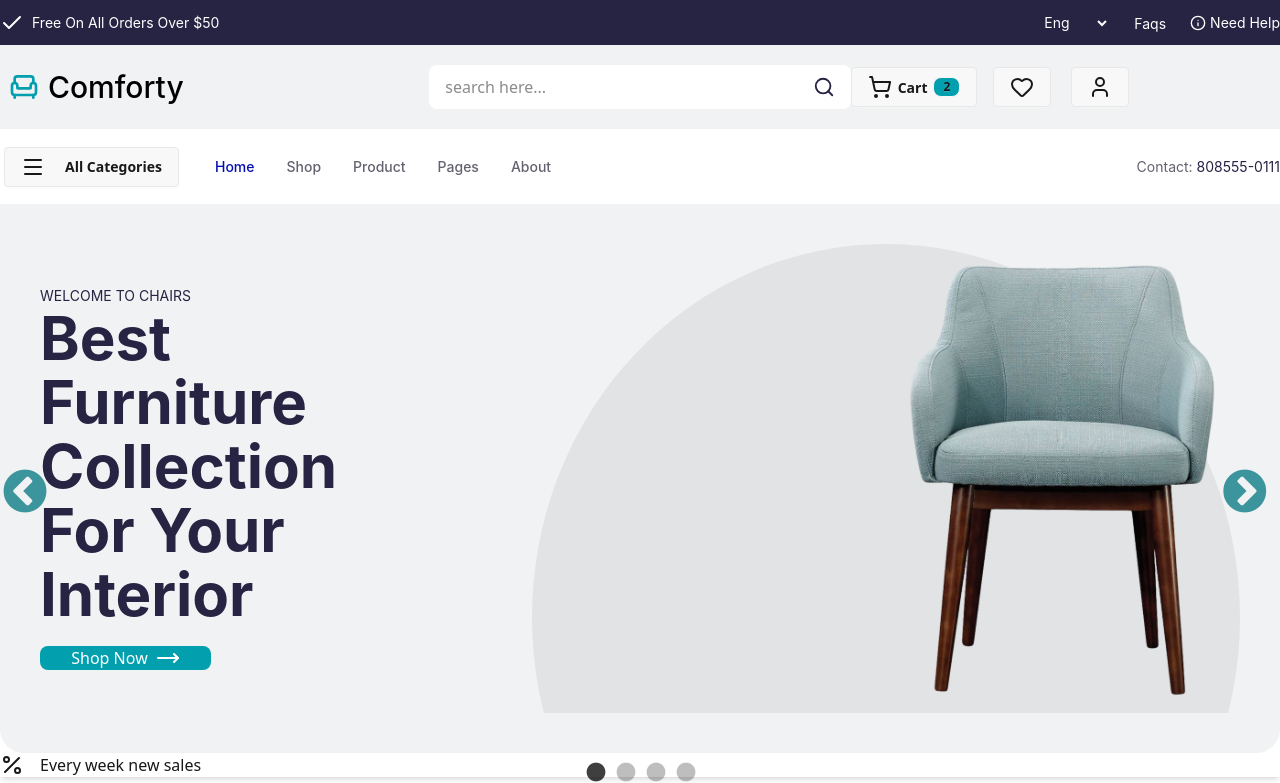
Repository: Neda0o0/store-template-website
Page: /
An editor plug-in stored every save of this project. The page is shown before and after the next save, followed by the edit.
The browser window is 1280 px wide. The pictures show the whole page.
The project was rebuilt for these pictures with package versions that can differ from the ones it lists, and the page was loaded fresh each time. Also part of the build but not shown: vite.config.js, src/Pages/Auth/Auth.jsx, src/Pages/Auth/Login/Login.jsx, src/Pages/Auth/Register/Register.jsx, src/Pages/Error/Error.jsx, src/AuthCheck/AuthCheck.jsx.

Above is the page before, as saved 2025-10-23 12:30:07.

### index.html
<!DOCTYPE html>
<html lang="en">
  <head>
    <meta charset="UTF-8" />
    <link rel="icon" type="image/svg+xml" href="/vite.svg" />
    <meta name="viewport" content="width=device-width, initial-scale=1.0" />
    <title>new-project</title>
  </head>
  <body>
    <div id="root"></div>
    <script type="module" src="/src/main.jsx"></script>
  </body>
</html>

### src/main.jsx
import { StrictMode } from "react";
import { createRoot } from "react-dom/client";
import MainLayout from "./MainLayout/MainLayout";
import "./index.css";

createRoot(document.getElementById("root")).render(
  <StrictMode>
    <MainLayout />
  </StrictMode>
);

### src/MainLayout/MainLayout.jsx
import { BrowserRouter, Route, Routes } from "react-router";
import Navbar from "../components/Navbar/Navbar";
import Home from "../Pages/Home/Home";
import Auth from "../Pages/Auth/Auth";
import Login from "../Pages/Auth/Login/Login";
import Register from "../Pages/Auth/Register/Register";
import Error from "../Pages/Error/Error";
import AuthCheck from "../AuthCheck/AuthCheck";

const MainLayout = () => {
  return (
    <BrowserRouter>
      {/* Navbar */}
      <Navbar />
      <Routes>
        <Route
          path="/"
          element={
            <AuthCheck>
              <Home />
            </AuthCheck>
          }
        />
        <Route path="auth" element={<Auth />}>
          <Route path="login" element={<Login />} />
          <Route path="register" element={<Register />} />
        </Route>
        {/* not found routes */}
        <Route path="*" element={<Error />} />
      </Routes>
    </BrowserRouter>
  );
};
export default MainLayout;

### src/index.css
@import "tailwindcss";
@plugin "daisyui";

/* google font inter */
@import url("https://fonts.googleapis.com/css2?family=Inter:ital,opsz,wght@0,14..32,100..900;1,14..32,100..900&display=swap");

@theme {
  --font-inter: "Inter", sans-serif;
}

.banner_slide_item {
  display: flex !important;
  justify-content: space-between;
  align-items: center;
  gap: 7.5rem;
}

.banner_image {
  position: relative;
}
.banner_image::before {
  content: "";
  position: absolute;
  top: 0;
  right: 0;
  max-width: 747px;
  width: 100%;
  min-height: 747px;
  height: 100%;
  background-color: #e1e3e5;
  border-radius: 100%;
  z-index: -1;
}
.slick-prev,
.slick-next {
  z-index: 5 !important;
}
.slick-prev {
  left: -40px;
}
.slick-next {
  right: 0.25px;
}
.slick-prev:before,
.slick-next:before {
  font-family: "slick";
  font-size: 50px !important;
  line-height: 1;
  opacity: 0.75;
  color: #007580 !important;
  -webkit-font-smoothing: antialiased;
  -moz-osx-font-smoothing: grayscale;
}
.slick-dots {
  position: absolute;
  bottom: -70px !important;
  display: block;
  width: 100%;
  padding: 0;
  margin: 0;
  list-style: none;
  text-align: center;
}
.slick-dots li button:before {
  font-family: "slick";
  font-size: 22px !important;
  line-height: 20px;
  position: absolute;
  top: 0;
  left: 0;
  width: 20px;
  height: 20px;
  text-align: center;
  opacity: 0.25;
  color: black;
  -webkit-font-smoothing: antialiased;
  -moz-osx-font-smoothing: grayscale;
}

### src/components/Navbar/Navbar.jsx
import {
  Armchair,
  Check,
  Info,
  Search,
  ShoppingCart,
  Heart,
  User,
  Menu,
} from "lucide-react";
import { Link, NavLink } from "react-router-dom";

const Navbar = () => {
  return (
    <div>
      {/* navbar top */}
      <div className="navbar_top flex items-center justify-center bg-[#272343] w-full h-[45px]">
        <div className="lg:container flex justify-between items-center">
          <p className="flex items-center gap-2 text-sm font-inter font-normal text-white capitalize">
            <Check />
            Free on all orders over $50
          </p>
          <div className="navbar_top_right flex items-center gap-6">
            <select
              defaultValue="Server location"
              className=" bg-none h-[30px] w-[70px] text-sm font-inter font-normal capitalize text-white"
            >
              <option>Eng</option>
              <option>Farsi</option>
            </select>
            <button>
              <Link className="text-sm text-white font-inter font-normal capitalize ">
                Faqs
              </Link>
            </button>
            <button>
              <Link className="flex items-center gap-1 text-sm  text-white font-inter font-normal capitalize">
                <Info size={16} />
                Need help
              </Link>
            </button>
          </div>
        </div>
      </div>
      {/* navbar middle */}
      <div className="navbar middle flex items-center justify-center bg-[#f0f2f3] w-full h-[84px]">
        <div className="lg:container grid grid-cols-3 items-center">
          <div className="logo_wrapper">
            <Link
              to="/"
              className="text-3xl text-black font-inter font-medium capitalize flex items-center gap-2"
            >
              <Armchair size="2rem" color="#029fae" /> Comforty
            </Link>
          </div>
          <div className="search_box">
            <form action="#" className="max-w-[443px] h-[44px] relative">
              <input
                type="text"
                placeholder="search here..."
                className=" max-w-[443px] w-full h-full bg-white rounded-lg pl-4 "
              />
              <button className="absolute to-50% right-4 translate-y-1/2">
                <Search size="22px" color="#272343" />
              </button>
            </form>
          </div>
          {/* navbar middle right */}
          <div className="navbar_middle_right flex items-center gap-4">
            <button className="btn capitalize">
              <ShoppingCart /> cart
              <div className="badge badge-sm bg-[#029fae]">2</div>
            </button>
            <button className="btn capitalize">
              <Heart />
            </button>

            <div className="dropdown">
              <div tabIndex={0} role="button" className="btn m-1">
                <User />
              </div>
              <ul
                tabIndex="-1"
                className="dropdown-content menu bg-base-100 rounded-box z-1 w-52 p-2 shadow-sm"
              >
                <li>
                  <Link>Account</Link>
                </li>
                <li>
                  <Link>Logout</Link>
                </li>
              </ul>
            </div>
          </div>
        </div>
      </div>

      {/* navbar bottom */}
      <div className="navbar_bottom flex items-center justify-center w-full h-[75px] bg-white border-[#ele3e5]">
        <div className="lg:container flex items-center justify-between">
          <div className="navbar_bottom_left flex items-center gap-8">
            <div className="dropdown dropdown-start">
              <div
                tabIndex={0}
                role="button"
                className="btn m-1 flex items-center gap-5 capitalize"
              >
                <Menu /> all categories
              </div>
              <ul
                tabIndex="-1"
                className="dropdown-content menu bg-base-100 rounded-box z-1 w-52 p-2 shadow-sm"
              >
                <li>
                  <a>Chair</a>
                </li>
                <li>
                  <a>Pant</a>
                </li>
                <li>
                  <a>Shirt</a>
                </li>
                <li>
                  <a>T-shirt</a>
                </li>
              </ul>
            </div>
            <nav className="flex items-center gap-8">
              <NavLink
                to="/"
                className="text-sm text-[#020fae] font-inter font-medium capitalize"
              >
                Home
              </NavLink>
              <NavLink className="text-sm text-[#636270] font-inter font-medium capitalize">
                shop
              </NavLink>
              <NavLink className="text-sm text-[#636270] font-inter font-medium capitalize">
                product
              </NavLink>
              <NavLink className="text-sm text-[#636270] font-inter font-medium capitalize">
                pages
              </NavLink>
              <NavLink className="text-sm text-[#636270] font-inter font-medium capitalize">
                about
              </NavLink>
            </nav>
          </div>

          <div className="navbar_bottom_right">
            <p className="text-sm text-[#636270] font-inter font-normal capitalize">
              contact: <span className="text-[#272343]">{808}555-0111</span>
            </p>
          </div>
        </div>
      </div>
    </div>
  );
};
export default Navbar;

### src/Pages/Home/Home.jsx
import Banner from "../../components/Banner/Banner";
import Delivery from "../../components/Delivery/Delivery";
const Home = () => {
  return (
    <div>
      {/* banner component */}
      <div className="w-full rounded-b-3xl bg-[#f0f2f3] min-h-[85px] flex items-center justify-center ">
        <Banner></Banner>
      </div>
      {/* delivery component */}
      <div className="w-full min-h[#150px] shadow-md bg-white ">
        <Delivery></Delivery>
      </div>
    </div>
  );
};
export default Home;

### src/components/Banner/Banner.jsx
import "slick-carousel/slick/slick.css";
import "slick-carousel/slick/slick-theme.css";
import Slider from "react-slick";
import { MoveRight } from "lucide-react";

const Banner = () => {
  const products = [
    {
      id: 1,
      title: "Best Furniture collection for your interior ",
      subTitle: "welcome to chairs",
      image: "/src/assets/Banner/banner_image.png",
    },
    {
      id: 2,
      title: "Best Furniture collection for your interior ",
      subTitle: "welcome to chairs",
      image: "/src/assets/Banner/banner_image.png",
    },
    {
      id: 3,
      title: "Best Furniture collection for your interior ",
      subTitle: "welcome to chairs",
      image: "/src/assets/Banner/banner_image.png",
    },
    {
      id: 4,
      title: "Best Furniture collection for your interior ",
      subTitle: "welcome to chairs",
      image: "/src/assets/Banner/banner_image.png",
    },
  ];
  const settings = {
    dots: true,
    infinite: true,
    speed: 500,
    slidesToShow: 1,
    slidesToScroll: 1,
  };
  return (
    <div className="lg:container w-full p-10">
      <div className="slider-container w-full h-full">
        <Slider {...settings}>
          {products?.map((product) => (
            <div key={product?.id} className="banner_slide_item">
              {/* banner text */}
              <div className="banner_text">
                <p className="text-sm font-inter font-normal text-[#272343] uppercase">
                  {product?.subTitle}
                </p>
                <h3 className="text-6xl text-[#272343] font-inter capitalize leading-16 max-w-[631px] w-full font-bold mb-5">
                  {product?.title}
                </h3>
                <button className="max-w-[171px] w-full flex items-center justify-center gap-2 h-[52] bg-[#029fae] rounded-lg cursor-pointer text-white capitalize">
                  shop now <MoveRight />
                </button>
              </div>

              {/* banner image */}
              <div className="banner_image w-full h-full flex items-center justify-end">
                <img
                  className="w-[50%]"
                  src={product?.image}
                  alt={product?.title}
                />
              </div>
            </div>
          ))}
        </Slider>
      </div>
    </div>
  );
};
export default Banner;

### src/components/Delivery/Delivery.jsx
import { Percent } from "lucide-react";

const Delivery = () => {
  return (
    <div className="lg:container mx-auto">
      <div className="grid grid-cols-4">
        <div className="delivery_wrapper">
          <div className="flex items-center gap-4">
            <p>
              <Percent />
            </p>
            <div>
              <h4>Every week new sales</h4>
            </div>
          </div>
        </div>
      </div>
    </div>
  );
};
export default Delivery;

After the next save:
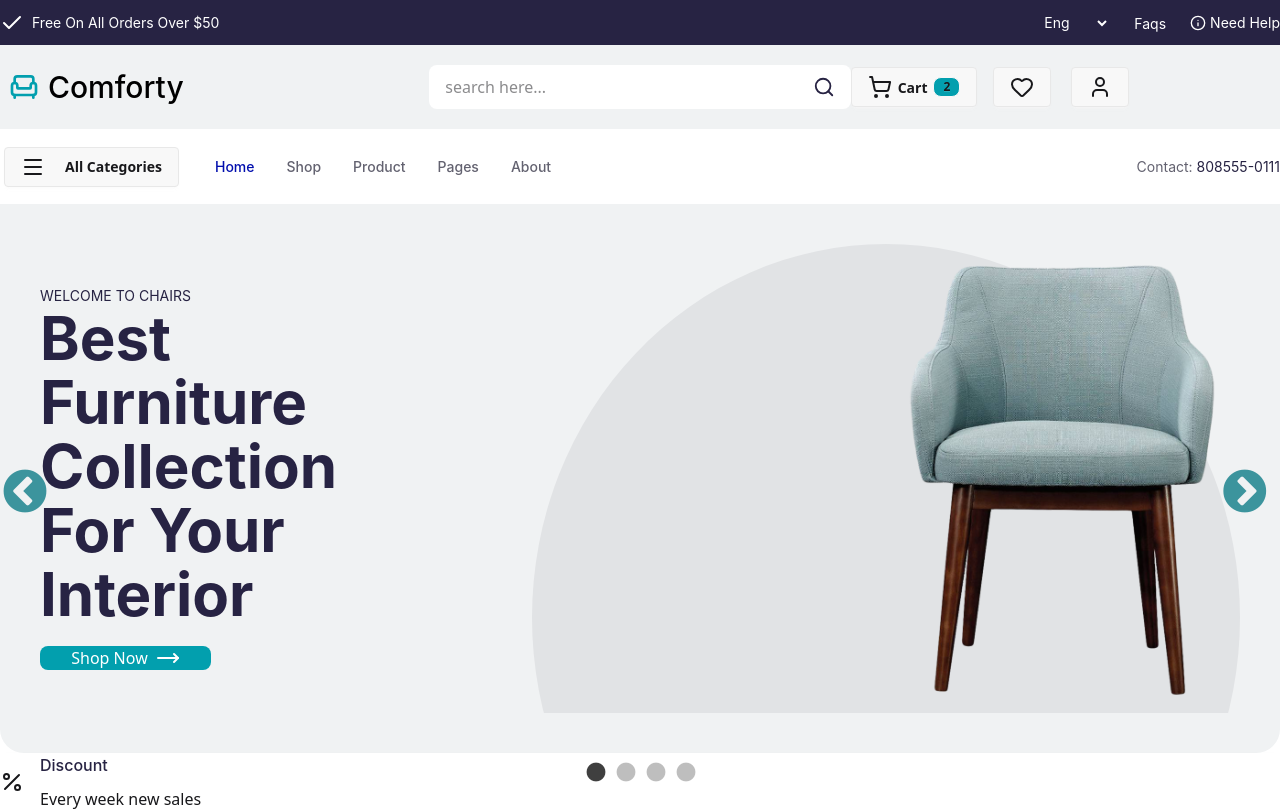
Saved 2 min 28 s later.
--- a/src/components/Delivery/Delivery.jsx
+++ b/src/components/Delivery/Delivery.jsx
@@ -10,7 +10,10 @@ const Delivery = () => {
               <Percent />
             </p>
             <div>
-              <h4>Every week new sales</h4>
+              <h4 className="text-base text-[#272343] mb-2.5 font-medium font-inter capitalize">
+                Discount
+              </h4>
+              <h5 className="">Every week new sales</h5>
             </div>
           </div>
         </div>
